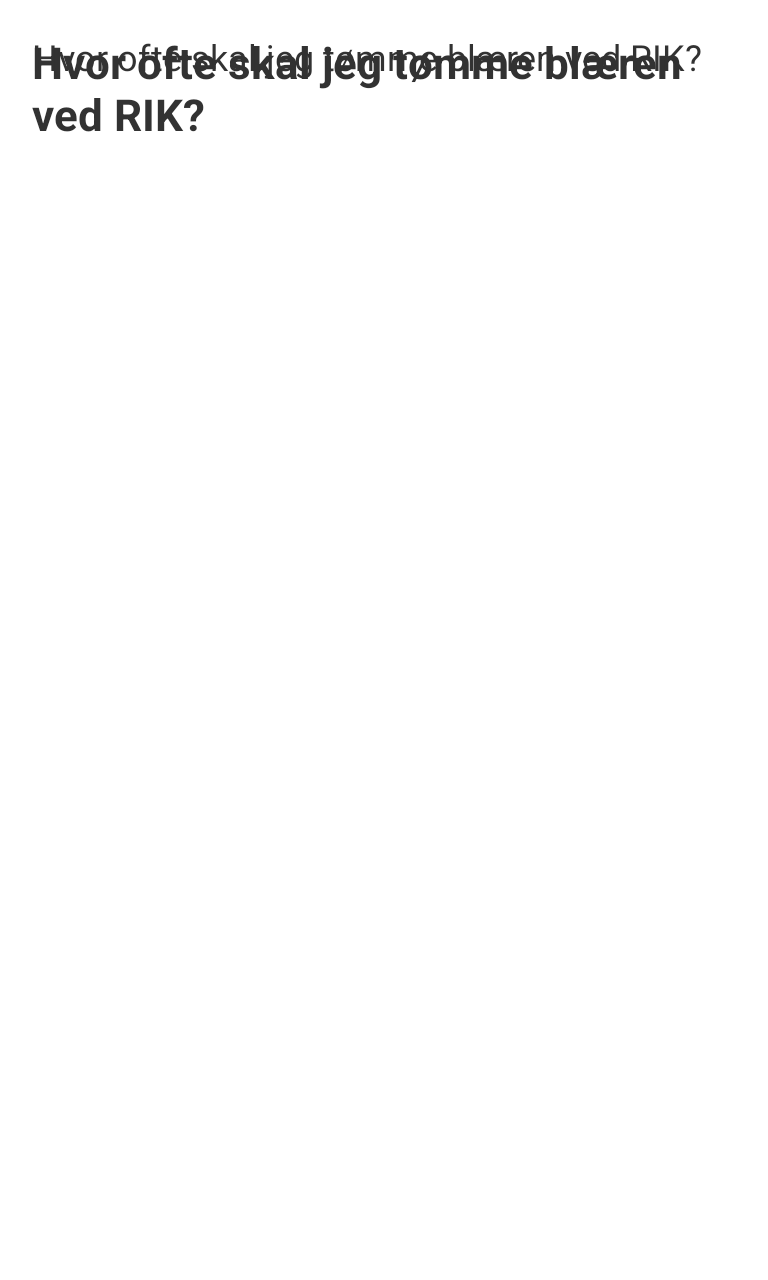
Repository: KingApollo/RIKapp2
Layout: RIKapp/res/layout/activity_how_often.xml
These files come from the project's save history. The layout is drawn as it stood at one moment and after the next save; the edit follows.
It is drawn on a 768 x 1280 px phone screen (xhdpi) without system bars, with theme android:Theme.Light.NoTitleBar; the app's code is not run.

Above is the layout before, as saved 2014-10-10 12:24:44.

### RIKapp/res/layout/activity_how_often.xml
<RelativeLayout xmlns:android="http://schemas.android.com/apk/res/android"
    xmlns:tools="http://schemas.android.com/tools"
    android:layout_width="match_parent"
    android:layout_height="match_parent"
    android:paddingBottom="@dimen/activity_vertical_margin"
    android:paddingLeft="@dimen/activity_horizontal_margin"
    android:paddingRight="@dimen/activity_horizontal_margin"
    android:paddingTop="@dimen/activity_vertical_margin"
    tools:context="dk.ucn.datamatiker.rikapp.HowOften" >

 <TextView
    android:id="@+id/tvHowOftenQuestion"
    android:layout_width="wrap_content"
    android:layout_height="wrap_content"
    android:text="@string/howOftenQuestion"
    android:textSize="22sp"
    android:textStyle="bold" />

  <TextView
    android:id="@+id/tvHowOftenQuestion"
    android:layout_width="wrap_content"
    android:layout_height="wrap_content"
    android:text="@string/howOftenQuestion"
    android:textSize="18sp"
    />



</RelativeLayout>

### RIKapp/res/values/strings.xml
<?xml version="1.0" encoding="utf-8"?>
<resources>

    <string name="app_name">RIKapp</string>
    <string name="hello_world">Hello world!</string>
    <string name="action_settings">Settings</string>
    <string name="title_activity_hyg">Hyg</string>
    <string name="hygiejne_btn">Hygiejne</string>
    <string name="maaling_btn">Måling</string>
    <string name="title_activity_maalinger">Maalinger</string>
    <string name="skema_btn">Skema</string>
    <string name="title_activity_skema">Skema</string>
    <string name="title_activity_information">Information</string>
    <string name="howOftenAnswer">"Du har på sygehuset aftalt en hyppighed med sygeplejersken. Man kan ikke præcist aftale hvor mange gange man skal RIK'ke sig hver dag, idet det afhænger af årsagen til RIK. En tommelfingerregel er, at hvis du efter naturlig vandladning udtømmer mere end 100-150 ml. med kateter, kan du kateteriserer dig én gang mindre i døgnet. Den første uges tid kan det være en god idé at skrive ned, hvor meget du udtømmer. Du kan med jævne mellemrum kontrollere hvor meget du lader spontant og hvor meget du udtømmer med kateter."</string>
    <string name="howOftenQuestion">Hvor ofte skal jeg tømme blæren ved RIK?</string>
    <string name="test1">111111111111111111111111</string>
    <string name="test2">22222222222222222222222222</string>
    <string name="title_activity_how_often">HowOften</string>
    <string name="title_activity_kontakt">Kontakt</string>
    <string name="kontakt_btn">Kontakt</string>
    <string name="kontakt_text">"<b>Kontakt1</b> \n Kontaktperson: kp1 \n Tlf: 12345678 \n Email: kp1@e.dk
        \n\n<b>Kontakt2</b> \n Kontaktperson: kp2 \n Tlf: 87654321 \n Email: kp2@e.dk"</string>
    <string name="kontakt_title">"Kontakt"</string>
    <string name="mlInput_hint">Intast ml</string>
    <string name="save_btn_name">Log måling</string>
    <string name="noteInput_hint">Eventuelt note</string>
    <string name="title_activity_when_in_bladder">WhenInBladder</string>
    <string name="whenBladderQuestion">"Hvordan ved jeg om jeg er inde i blæren med kateteret?"</string>
    <string name="whenBladderAnswer">"Når urinen løber ud gennem kateret i toilettet, så er du i blæren. Vær opmærksom på, at kateteret ikke er langt oppe i blæren at hullerne på spidsen af kateteret kommer over niveau med urinen inde i blæren – så kan det nemlig ikke tømmes ud. Træk derfor kateteret langsom ud igen, og hvis der kommer mere urin, så vent til det ikke løber mere. Træk derefter resten ud i et jævnt træk.</string>
    <string name="doesItHurtQuestion">Gør det ondt at katerisere sig selv?</string>
    <string name="doesItHurtAnswer">""Nej, det gør ikke ondt, men du kan føle lidt ubehag i begyndelsen i urinrøret eller et kortvarigt jag i blæren. Hvis du oplever sådan et jag, så kan det skyldes at blærevæggen suges tæt til kateteret i blæren, når den tømmes. Det forsvinder hurtigt igen. "</string>
    <string name="whyBloodQuestion">Hvorfor kommer der somme tider lidt blod, når jeg kateriserer mig?</string>
    <string name="whyBloodAnswer">Det gør der, fordi der nemt kan komme en lille ridse i urinrørets slimhinde eller i blærens slimhinde. Det betyder ingenting, og er helt ufarligt. </string>
    <string name="whenHandWashQuestion">Hvornår skal jeg vaske hænder, når jeg skal RIK´ke?</string>
    <string name="whenHandWashAnswer">Det skal du før du påbegynder udtømningen. Det vil sige, at du finder det frem, som du skal bruge, og måske lukker du bukserne op og trækker bukserne ned. Så vasker du hænderne ifølge forskrifterne – klik her. Du skal også afslutte med at vaske hænderne, når du har tømt blæren for urin, og har trukket benklæderne op igen. Du skal tørre hænderne i et rent håndklæde/engangshåndklæde.</string>
    <string name="howHandWashQuestion">Hvordan skal jeg vaske mine hænder korrekt?</string>
    <string name="howHandWashAnswer">Du kan se videoen ved at klikke her</string>
    <string name="title_activity_does_it_hurt">DoesItHurt</string>
    <string name="title_activity_when_wash_hands">WhenWashHands</string>
    <string name="title_activity_how_wash_hands">HowWashHands</string>
    <string name="title_activity_why_blood">WhyBlood</string>

</resources>

Loaded but not shown: RIKapp/res/values/dimens.xml (common file); RIKapp/res/values-w820dp/dimens.xml (common file)

After the next save:
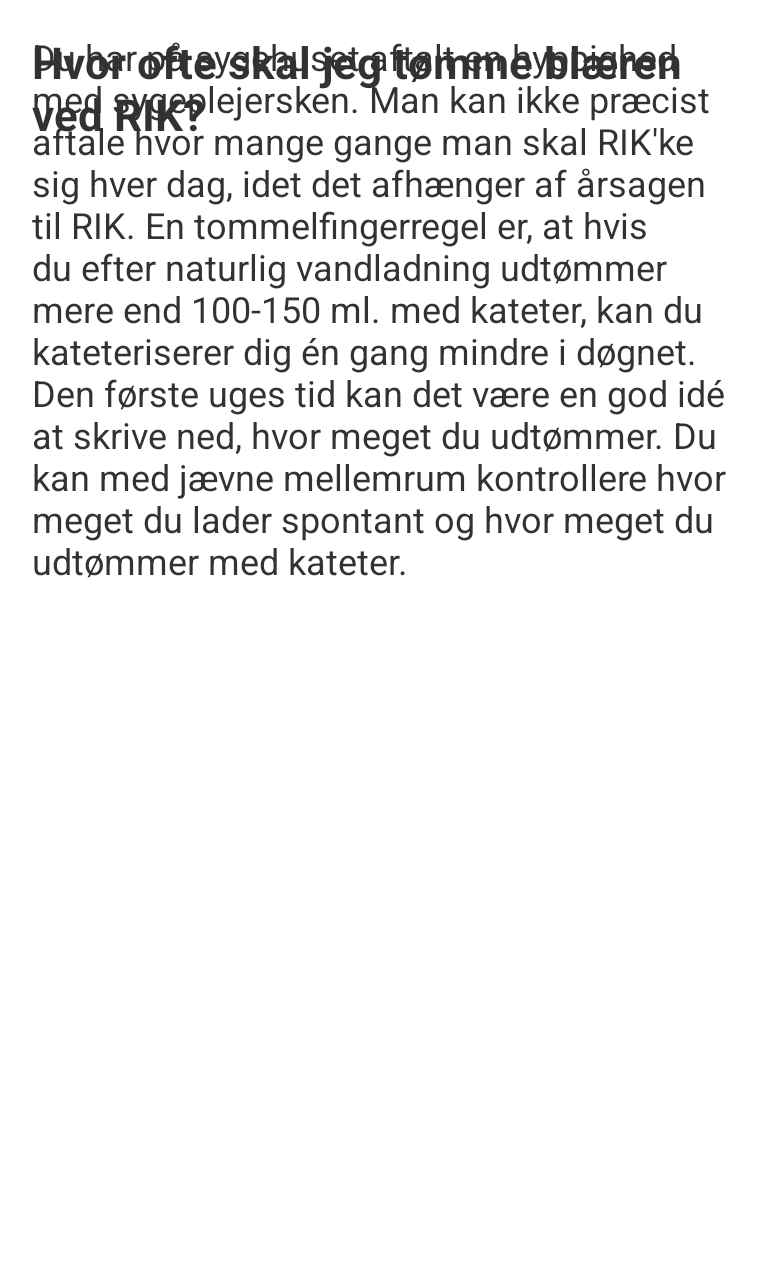
Saved 13 s later.
--- a/RIKapp/res/layout/activity_how_often.xml
+++ b/RIKapp/res/layout/activity_how_often.xml
@@ -17,10 +17,10 @@
     android:textStyle="bold" />
 
   <TextView
-    android:id="@+id/tvHowOftenQuestion"
+    android:id="@+id/tvHowOftenAnswer"
     android:layout_width="wrap_content"
     android:layout_height="wrap_content"
-    android:text="@string/howOftenQuestion"
+    android:text="@string/howOftenAnswer"
     android:textSize="18sp"
     />
 
